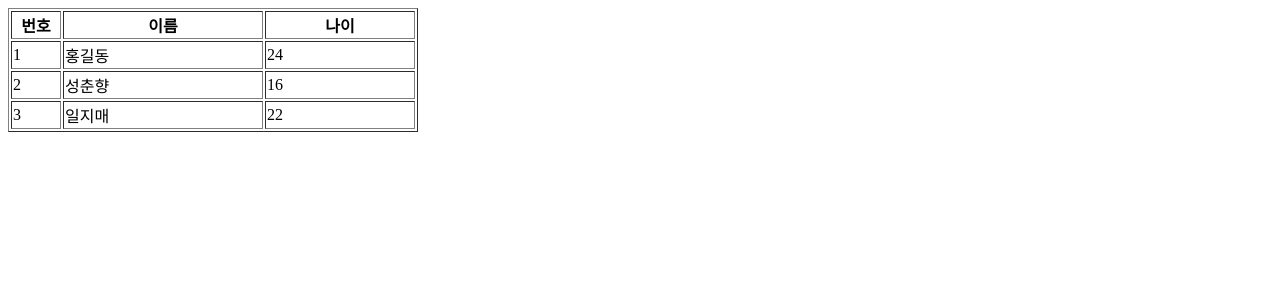
Repository: suhong99/JqueryLecture
Page: sample02/src/main/webapp/index1.html
The author's editor kept a copy of each file at every save. The page is drawn from the files as they stood at one save, then again after the next save.
The browser window is 1280 px wide. The pictures show the whole page.

Above is the page before, as saved 2023-06-26 04:47:01.

### sample02/src/main/webapp/index1.html
<!DOCTYPE html>
<html>
<head>
<meta charset="UTF-8">
<title>Insert title here</title>
  <script src="https://code.jquery.com/jquery-3.6.4.min.js"></script>

</head>
<body>
<table border="1">
<col width="50"><col width="200"><col width="150">
<tr>
	<th>번호</th><th>이름</th><th>나이</th>
</tr>
<tr class="hover">
	<td>1</td><td>홍길동</td><td>24</td>
</tr>
<tr class="hover">
	<td>2</td><td>성춘향</td><td>16</td>
</tr>
<tr class="hover">
	<td>3</td><td>일지매</td><td>22</td>
</tr>
</table>


<script type="text/javascript">
$(document).ready(function(){
	$("tr.hover").mouseover(function(){
		$(this).css("background","#00ff00")

	});

	$("tr.hover").mouseout(function(){
		$(this).css("background","#ffffff")

		});

	$("td").click(function(){
		alert($(this).text());
	});
})
</script>
</body>
</html>

After the next save:
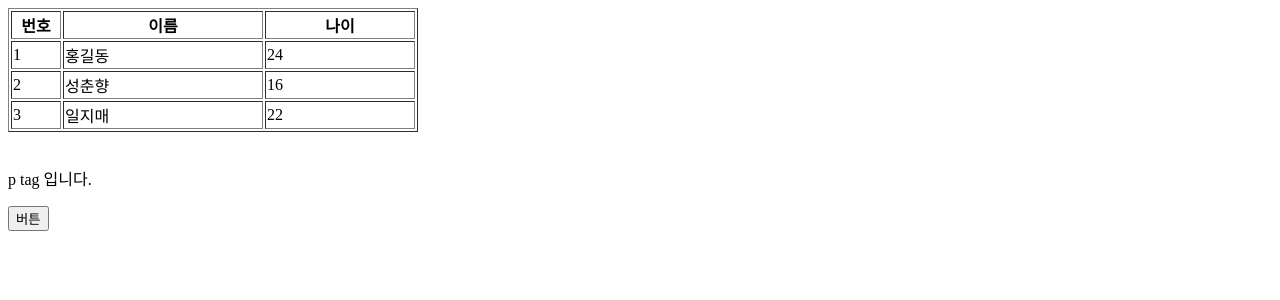
Saved 70 s later.
--- a/sample02/src/main/webapp/index1.html
+++ b/sample02/src/main/webapp/index1.html
@@ -22,7 +22,10 @@
 	<td>3</td><td>일지매</td><td>22</td>
 </tr>
 </table>
+<br>
 
+<p>p tag 입니다.</p>
+<button type="button">버튼</button>
 
 <script type="text/javascript">
 $(document).ready(function(){
